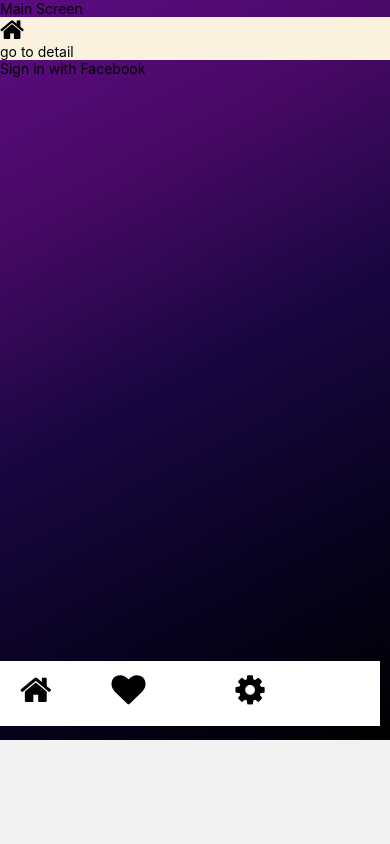
Repository: eyebone/barManager
Screen: /Main
These files come from the project's save history. The screen is drawn as it stood at one moment and after a run of saves; the edit follows.
The app was drawn by React Native's web renderer in a window 390 px wide. The project was rebuilt for these pictures with package versions that can differ from the ones it lists, and the page was loaded fresh each time. Some packages were replaced by stand-ins written for this rebuild. Also part of the build but not shown: components/EmojiPicker.js, components/Button.js, components/ImageViewer.js, components/circleButton.js, components/IconButton.js, view/ViewOne.js, view/Sign.js.

Above is the screen before, as saved 2023-06-27 09:05:31.

### App.js
// In App.js in a new project

import * as React from "react";
import { Button, View, Text, StyleSheet, Pressable, Alert } from "react-native";
// import React-native from 'react-native';
import { NavigationContainer } from "@react-navigation/native";
import { createNativeStackNavigator } from "@react-navigation/native-stack";
import { ViewOne } from "./view/ViewOne";
import { SignView } from "./view/Sign";
import { LinearGradient } from "expo-linear-gradient";
import FontAwesome from "react-native-vector-icons/FontAwesome";
import { MainView } from "./view/Main";
import { NavigationBar } from "./components/NavigationBar";
function HomeScreen({ navigation }) {
  return (
    <View style={styles.container}>
      <LinearGradient
        start={{ x: 0, y: 0 }}
        end={{ x: 1, y: 1 }}
        colors={["#5c0b82", "#480965", "#190641", "#070320", "#000000"]}
        style={styles.linearGradient}
      >
        <Text>Home Screen</Text>
        <Pressable
          style={(styles.button, { backgroundColor: "#faf2de" })}
          onPress={() => navigation.push("test")}
        >
          <FontAwesome name="home" size={26} style={{ paddingRight: 8 }} />
          <Text>go to detail</Text>
        </Pressable>

        <Button
          title="Go to Sign"
          onPress={() => navigation.navigate("sign")}
        />
        <Text style={styles.buttonText}>Sign in with Facebook</Text>
      </LinearGradient>
    </View>
  );
}

const Stack = createNativeStackNavigator();

function App() {
  return (
    <NavigationContainer style={styles.container}>
      <Stack.Navigator initialRouteName="Home">
        <Stack.Screen
          name="Home"
          component={HomeScreen}
          // options={{ title: "Overview", backgroundColor: "transparent" }}
          options={{ headerShown: false }}
        />

        <Stack.Screen name="test" component={ViewOne} />
        <Stack.Screen
          name="sign"
          component={SignView}
          options={{ headerShown: false }}
        />
        <Stack.Screen
          name="Main"
          component={MainView}
          options={{ headerShown: false }}
        />
      </Stack.Navigator>
    </NavigationContainer>
  );
}

export default App;

const styles = StyleSheet.create({
  container: {
    flex: 1,
    flexDirection: "column",
    backgroundColor: "#000000",
    //    alignItems: 'center',
  },
  linearGradient: {
    height: 740,
  },
  button: {
    borderRadius: 10,
    width: 300,
    height: 30,
    alignItems: "center",
    justifyContent: "center",
    flexDirection: "row",
  },
});

### view/Main.js
// 这是主界面

import { useState } from "react";
import { StatusBar } from "expo-status-bar";
import { StyleSheet, View } from "react-native";
import * as ImagePicker from "expo-image-picker";
import EmojiPicker from "../components/EmojiPicker";
import Button from "../components/Button";
import ImageViewer from "../components/ImageViewer";
import CircleButton from "../components/circleButton";
import IconButton from "../components/IconButton";
import { NavigationContainer } from "@react-navigation/native";
import { createNativeStackNavigator } from "@react-navigation/native-stack";
import { Text, Pressable } from "react-native";
import { NavigationBar } from "../components/NavigationBar";
import { LinearGradient } from "expo-linear-gradient";
import FontAwesome from "react-native-vector-icons/FontAwesome";

export function MainView({ navigation }) {
  return (
    <LinearGradient
      start={{ x: 0, y: 0 }}
      end={{ x: 1, y: 1 }}
      colors={["#5c0b82", "#480965", "#190641", "#070320", "#000000"]}
      style={styles.linearGradient}
    >
      <Text>Main Screen</Text>
      <Pressable
        style={(styles.button, { backgroundColor: "#faf2de" })}

      >
        <FontAwesome name="home" size={26} style={{ paddingRight: 8 }} />
        <Text>go to detail</Text>
      </Pressable>


      <Text style={styles.buttonText}>Sign in with Facebook</Text>
      <NavigationBar />
    </LinearGradient>
  );
}

const styles = StyleSheet.create({
  container: {
    flex: 1,
    flexDirection: "column",
    backgroundColor: "#000000",
    //    alignItems: 'center',
  },
  linearGradient: {
    height: 740,
  },
  button: {
    borderRadius: 10,
    width: 300,
    height: 30,
    alignItems: "center",
    justifyContent: "center",
    flexDirection: "row",
  },
});

### components/NavigationBar.js
//这是底部导航栏
import { StatusBar } from "expo-status-bar";
import { StyleSheet, View, Text } from "react-native";
import Button from "../components/Button";
import ImageViewer from "../components/ImageViewer";
import * as ImagePicker from "expo-image-picker";
import { useState } from "react";
const PlaceholderImage = require("../assets/images/background-image.png");
import * as React from "react";
import FontAwesome from "react-native-vector-icons/FontAwesome";
import {
  FlatList,
  Image,
  Platform,
  Pressable,
  PixelRatio,
  TextInput,
  Alert,
} from "react-native";
import { NavigationContainer } from "@react-navigation/native";
import { createNativeStackNavigator } from "@react-navigation/native-stack";
import { LinearGradient } from "expo-linear-gradient";
import CircleButton from "./circleButton";
export function NavigationBar({ navigation }) {
  return (
    <View style={styles.bar}>
      <Pressable
        style={{ marginLeft: 20, marginTop: 12 }}
        onPress={() => navigation.push("Home")}
      >
        <FontAwesome name="home" size={34}></FontAwesome>
      </Pressable>
      <Pressable>
        <FontAwesome
          name="heart"
          size={34}
          style={{ marginLeft: 60, marginTop: 12 }}
        ></FontAwesome>
      </Pressable>
      {/* <CircleButton /> */}
      <Pressable>
        <FontAwesome
          name="cog"
          size={34}
          style={{ marginLeft: 90, marginTop: 12 }}
        ></FontAwesome>
      </Pressable>
    </View>
  );
}

const styles = StyleSheet.create({
  bar: {
    width: 380,
    height: 65,
    backgroundColor: "#fff",
    marginTop: 584,
    flexDirection: "row",
  },
});

After the next 2 saves:
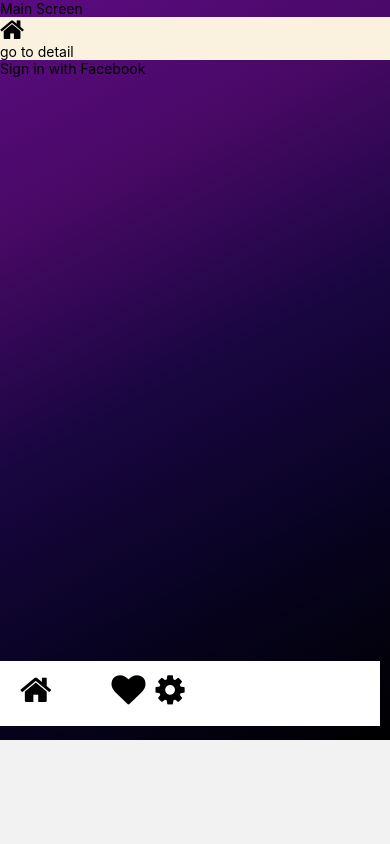
The 2 saves are shown as one change because they came seconds apart.
The last was saved 11 s later.
--- a/components/NavigationBar.js
+++ b/components/NavigationBar.js
@@ -42,7 +42,7 @@ export function NavigationBar({ navigation }) {
         <FontAwesome
           name="cog"
           size={34}
-          style={{ marginLeft: 90, marginTop: 12 }}
+          style={{ marginLeft: 10, marginTop: 12 }}
         ></FontAwesome>
       </Pressable>
     </View>
